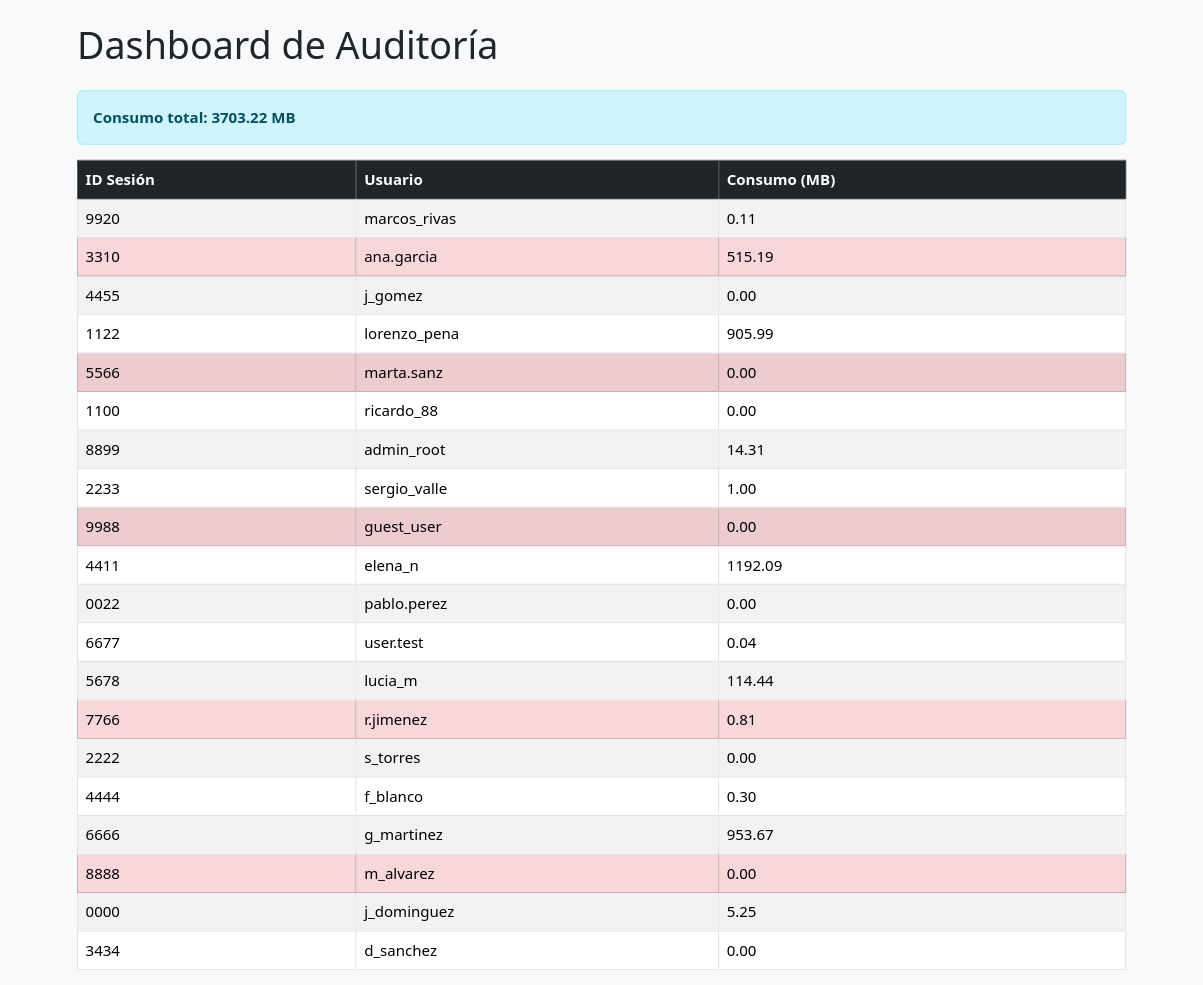
Repository: osoriomrs/DWEC
Page: EJER_16/Ejercicio1/index.html
An editor plug-in stored every save of this project. The page is shown before and after the next save, followed by the edit.
The browser window is 1280 px wide. The pictures show the whole page, at 94% of full size.

Above is the page before, as saved 2026-01-14 10:12:09.

After the next save:
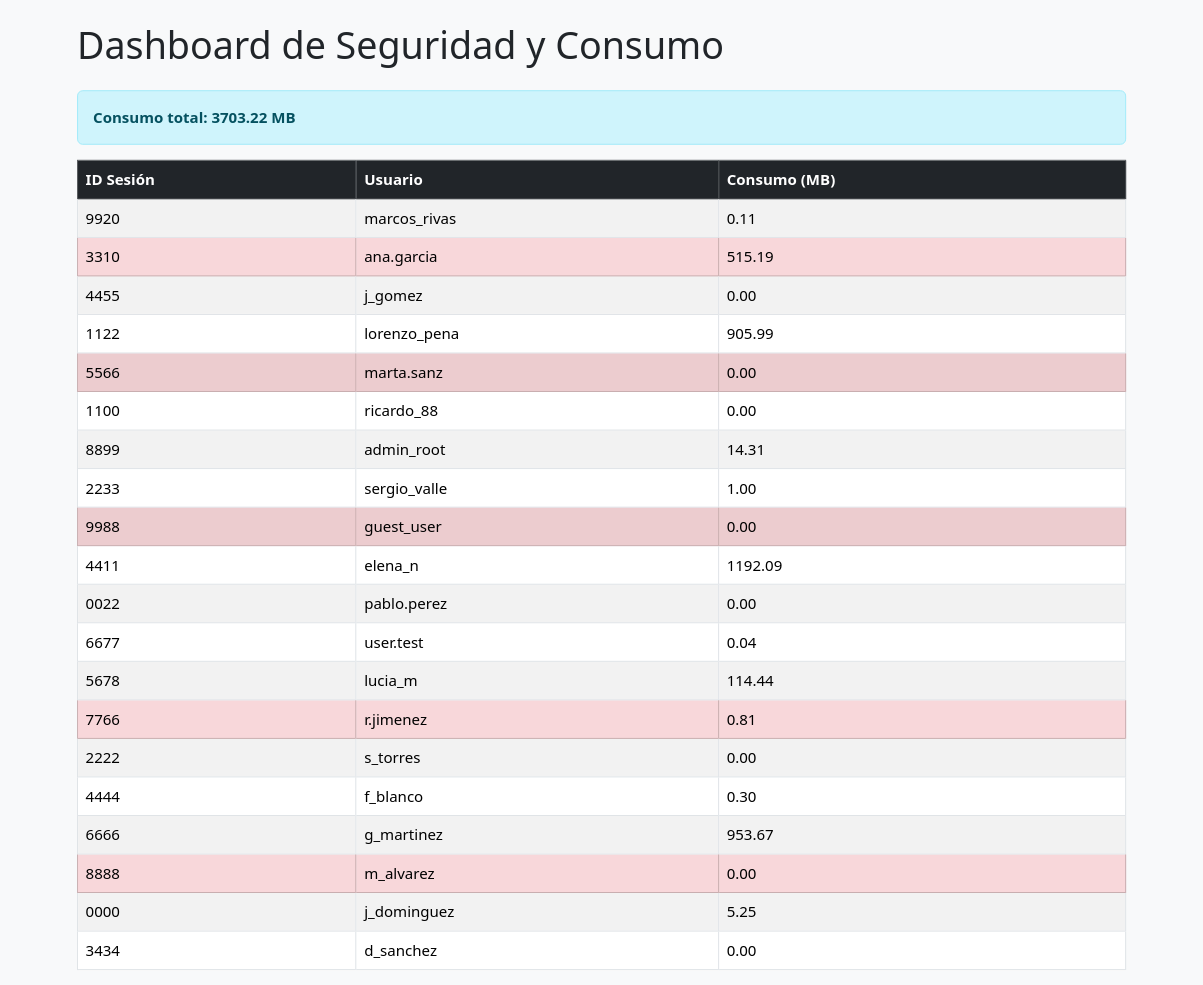
Saved 51 s later.
--- a/EJER_16/Ejercicio1/index.html
+++ b/EJER_16/Ejercicio1/index.html
@@ -8,7 +8,7 @@
 <body class="bg-light">
 
 <div class="container mt-4">
-  <h1 class="mb-4">Dashboard de Auditoría</h1>
+  <h1 class="mb-4">Dashboard de Seguridad y Consumo</h1>
 
   <div id="total" class="alert alert-info fw-bold"></div>
 
